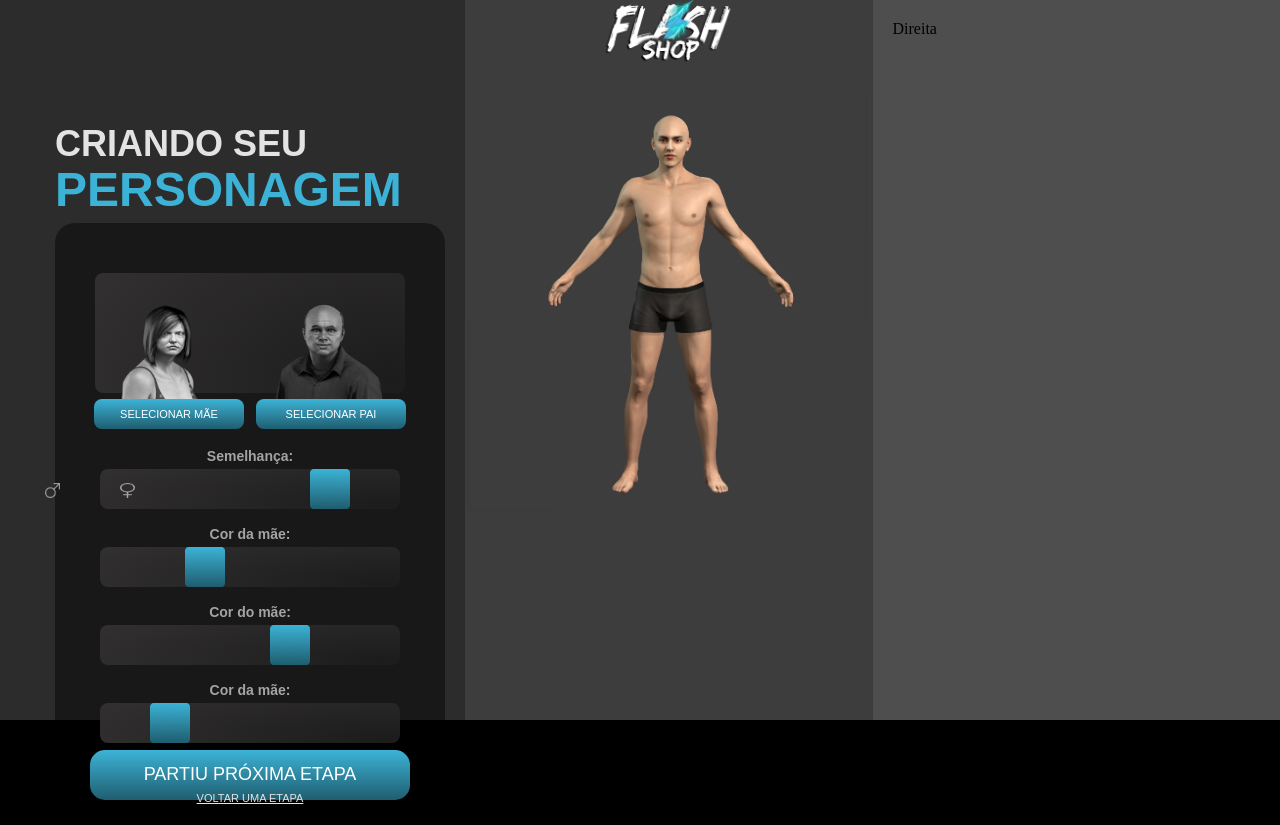
Repository: DuMCorrea/CriandoPerso
Page: index.html
These files come from the project's save history. The page is drawn as it stood at one moment and after the next save; the edit follows.
The browser window is 1280 px wide. The pictures show the whole page.

Above is the page before, as saved 2024-08-29 16:13:44.

### index.html
<!DOCTYPE html>
<html lang="en">
<head>
    <meta charset="UTF-8">
    <meta name="viewport" content="width=device-width, initial-scale=1.0">
    <title>Dividindo a Tela com Imagens</title>
    <link rel="stylesheet" href="styles.css">
</head>
<body>
    <div class="container">
        <div class="left">
            <h1 class="title">
                <span class="part1">CRIANDO SEU</span>
                <span class="part2">PERSONAGEM</span>
            </h1>
            <div class="vertical-rectangle">
                <div class="image-rectangle">
                    <img src="assets/mulher.png" alt="Imagem 1" class="rectangle-image">
                    <img src="assets/homem.png" alt="Imagem 2" class="rectangle-image">
                </div>
                <div class="button-group">
                    <button class="top-button">SELECIONAR MÃE</button>
                    <button class="top-button">SELECIONAR PAI</button>
                </div>
                <div class="rectangles-group">
                    <div class="image-container">
                        <img src="assets/Fem.png" alt="Imagem 1" class="small-image left-image">
                        <img src="assets/Masc.png" alt="Imagem 2" class="small-image right-image">
                    </div>
                    <div class="rectangle-title">Semelhança:</div>
                    <div class="gradient-rectangle">
                        <img src="assets/quadradoAzul.png" alt="Imagem 1" class="small-image1">
                    </div>

                    <div class="rectangle-title">Cor da mãe:</div>
                    <div class="gradient-rectangle">
                        <img src="assets/quadradoAzul.png" alt="Imagem 2" class="small-image2">
                    </div>

                    <div class="rectangle-title">Cor do mãe:</div>
                    <div class="gradient-rectangle">
                        <img src="assets/quadradoAzul.png" alt="Imagem 3" class="small-image3">
                    </div>

                    <div class="rectangle-title">Cor da mãe:</div>
                    <div class="gradient-rectangle">
                        <img src="assets/quadradoAzul.png" alt="Imagem 4" class="small-image4">
                    </div>
                </div>
                <button class="rectangle-button">PARTIU PRÓXIMA ETAPA</button>
                <button class="back-button">VOLTAR UMA ETAPA</button>
            </div>
        </div>
        <div class="center">
            <img src="assets/FlashStore 1 (1).png" alt="Imagem 1" class="top-image">
            <img src="assets/boneco 2.png" alt="Imagem 2" class="center-image">
        </div>
        <div class="right">Direita</div>
    </div>
</body>

</html>

### styles.css
body, html {
    margin: 0;
    padding: 0;
    height: 100%;
    display: flex;
    justify-content: center;
    align-items: center;
    background-color: #000; /* Fundo escuro */
}

.container {
    display: flex;
    width: 100%;
    height: 100%;
}

.container > div {
    flex: 1; /* Cada div ocupa 1/3 do espaço disponível */
    height: 100%;
    padding: 20px;
    box-sizing: border-box;
}



/* PARTE ESQUERDA */



.left {
    background-color: #2c2c2c;
    display: flex;
    flex-direction: column;
    justify-content: flex-start;
    align-items: flex-start;

}

.title {
    margin: 100px 0 0 0; /* Adiciona margem superior para mover o título para baixo */
    padding: 0;
}

.part1 {
    font-family: 'Baloo Bhai', sans-serif;
    font-size: 36px;
    font-weight: 700; /* Aumenta o peso da fonte para deixá-la mais grossa */
    line-height: 48px;
    text-align: left;
    color: #E3E3E3;
    display: block;
    margin-bottom: -10px; /* Reduz a distância entre as duas partes do título */
    margin-left: 35px;
}

.part2 {
    font-family: 'Baloo Bhai', sans-serif;
    font-size: 48px;
    font-weight: 700; /* Aumenta o peso da fonte para deixá-la mais grossa */
    line-height: 64px;
    text-align: left;
    color: #3CB3D6;
    display: block;
    margin-left: 35px;
}

.vertical-rectangle {
    width: 390px; /* Largura do retângulo */
    height: 660px; /* Altura do retângulo */
    background: #00000075; /* Cor de fundo com opacidade */
    border-radius: 20px; /* Bordas arredondadas */
    margin-left: 35px; /* Alinhamento com o título */
    margin-top: 1px; /* Espaço entre o título e o retângulo */
    display: flex;
    flex-direction: column;
    justify-content: space-between; /* Distribui o espaço */
    align-items: center; /* Centraliza os conteúdos */
}


.rectangle-button {
    width: 320px; /* Largura do botão */
    height: 50px; /* Altura do botão */
    background: linear-gradient(180deg, #3CB3D6 0%, #1F5E70 100%); /* Gradiente de cor */
    border-radius: 15px; /* Bordas arredondadas */
    border: none; /* Remove borda padrão do botão */
    color: white; /* Cor do texto */
    font-family: 'Baloo Bhai', sans-serif;
    font-size: 18px; /* Tamanho do texto */
    display: flex;
    justify-content: center; /* Centraliza horizontalmente */
    align-items: center; /* Centraliza verticalmente */
    margin-bottom: -15px; /* Ajusta o espaçamento superior */
    cursor: pointer;
}

.back-button {
    background: none; /* Remove o fundo */
    border: none; /* Remove a borda */
    color: #E3E3E3; /* Cor do texto */
    font-family: 'Baloo Bhai', sans-serif;
    font-size: 11px; /* Tamanho do texto */
    margin-bottom: 20px; /* Espaçamento superior ajustado */
    text-decoration: underline; /* Adiciona sublinhado */
    cursor: pointer; /* Muda o cursor ao passar por cima */
}


.button-group {
    display: flex;
    justify-content: space-between; /* Espaça os botões igualmente */
    width: 0%; /* Largura igual à do retângulo */
    padding: 10px 20px; /* Adiciona espaçamento ao redor dos botões */
}

.top-button {
    width: 50px; /* Largura dos botões */
    height: 40px; /* Altura dos botões */
    background: linear-gradient(180deg, #3CB3D6 0%, #1F5E70 100%); /* Gradiente de cor */
    border-radius: 15px; /* Bordas arredondadas */
    border: none; /* Remove borda padrão do botão */
    color: white; /* Cor do texto */
    font-family: 'Baloo Bhai', sans-serif;
    font-size: 16px; /* Tamanho do texto */
    display: flex;
    justify-content: center; /* Centraliza horizontalmente */
    align-items: center; /* Centraliza verticalmente */
    cursor: pointer;
}




.gradient-rectangle {
    width: 300px; /* Largura igual ao botão */
    height: 40px; /* Altura padrão para cada retângulo, ajuste conforme necessário */
    background: radial-gradient(547.21% 823.76% at 94.51% 88.04%, #1D1C1C 0%, #837E7E 100%);
    border-radius: 8px; /* Bordas arredondadas, igual ao botão */
    margin-bottom: 1px; /* Diminui a distância entre os retângulos */
    margin-top: 38px;
    margin-left: 0px;
}

.rectangle-title {
    width: 300px; /* Largura igual ao botão e retângulos */
    height: 30px; /* Altura do título */
    border-radius: 8px; /* Bordas arredondadas */
    display: flex;
    align-items: center; /* Centraliza verticalmente o texto */
    justify-content: center; /* Centraliza horizontalmente o texto */
    color: #A4A4A4; /* Cor do texto */
    font-weight: 700;
    font-family: 'Baloo Bhai', sans-serif;
    font-size: 14px; /* Tamanho do texto */
    margin-bottom: -40px; /* Espaçamento entre o título e o retângulo */
    margin-top: 10px;

}

.image-container {
    width: 50%;
    display: flex;
    justify-content: space-between; /* Coloca uma imagem em cada lado */
    position: absolute; /* As imagens ficam fora do fluxo normal */
    top: 38px; /* Ajusta a posição acima do retângulo */
    padding: 0 10px; /* Espaçamento lateral entre as bordas */
}

.small-image {
    width: 15px; /* Define o tamanho da imagem */
    height: 15px;
}

.left-image {
    position: relative;
    left: 10px;
    top: 445px;
}

.right-image {
    position: relative;
    right: 690px;
    top: 445px
}

.small-image1 {
    width: 40px;
    height: 40px;
    left: 210px;
    position: relative;
}
.small-image2 {
    width: 40px;
    height: 40px;
    left: 85px;
    position: relative;
}
.small-image3 {
    width: 40px;
    height: 40px;
    left: 170px;
    position: relative;
}
.small-image4 {
    width: 40px;
    height: 40px;
    left: 50px;
    position: relative;
}

.button-group {
    display: flex;
    justify-content: space-between; /* Espaça os botões igualmente */
    width: 80%; /* Largura do grupo de botões */
    height: 1%;
    top: 40px;
    position: relative;
}

.top-button {
    width: 150px; /* Largura dos botões */
    height: 30px; /* Altura dos botões */
    background: linear-gradient(180deg, #3CB3D6 0%, #1F5E70 100%); /* Gradiente de cor */
    border-radius: 8px; /* Bordas arredondadas */
    border: none; /* Remove borda padrão do botão */
    color: white; /* Cor do texto */
    font-family: 'Baloo Bhai', sans-serif;
    font-size: 11px; /* Tamanho do texto */
    cursor: pointer;
}

.rectangles-group {
    margin-top: 50px; /* Ajusta o espaçamento superior */
}

.image-rectangle {
    width: 290px; /* Largura do retângulo */
    height: 120px; /* Altura do retângulo */
    background: radial-gradient(547.21% 823.76% at 94.51% 88.04%, #1D1C1C 0%, #837E7E 100%); /* Gradiente de fundo */
    border-radius: 8px; /* Bordas arredondadas */
    display: flex;
    justify-content: space-between; /* Espaça as imagens igualmente */
    align-items: center; /* Centraliza verticalmente */
    padding: 0 10px; /* Espaçamento lateral interno */
    position: relative;
    top: 50px;
}

.rectangle-image {
    width: 110px; /* Largura das imagens */
    height: 110px; /* Altura das imagens */
    position: relative;
    right: 10px;
    top: 20px;
}

/* PARTE CENTRAL */



.center {
    background-color: #3d3d3d; /* Cor de fundo para a div central */
    display: flex;
    flex-direction: column;
    align-items: center;
    justify-content: space-between; /* Distribui o espaço entre as imagens */
}


.top-image {
    max-width: 40%;
    height: auto;
    margin-top: -60px;
}

.center-image {
    max-width: 200%;
    height: auto;
    margin-top: auto; /* Centraliza verticalmente */
    margin-bottom: 200px;
}


/* PARTE DIREITA */



.right {
    background-color: #4e4e4e; /* Cor de fundo para a div direita */
}

After the next save:
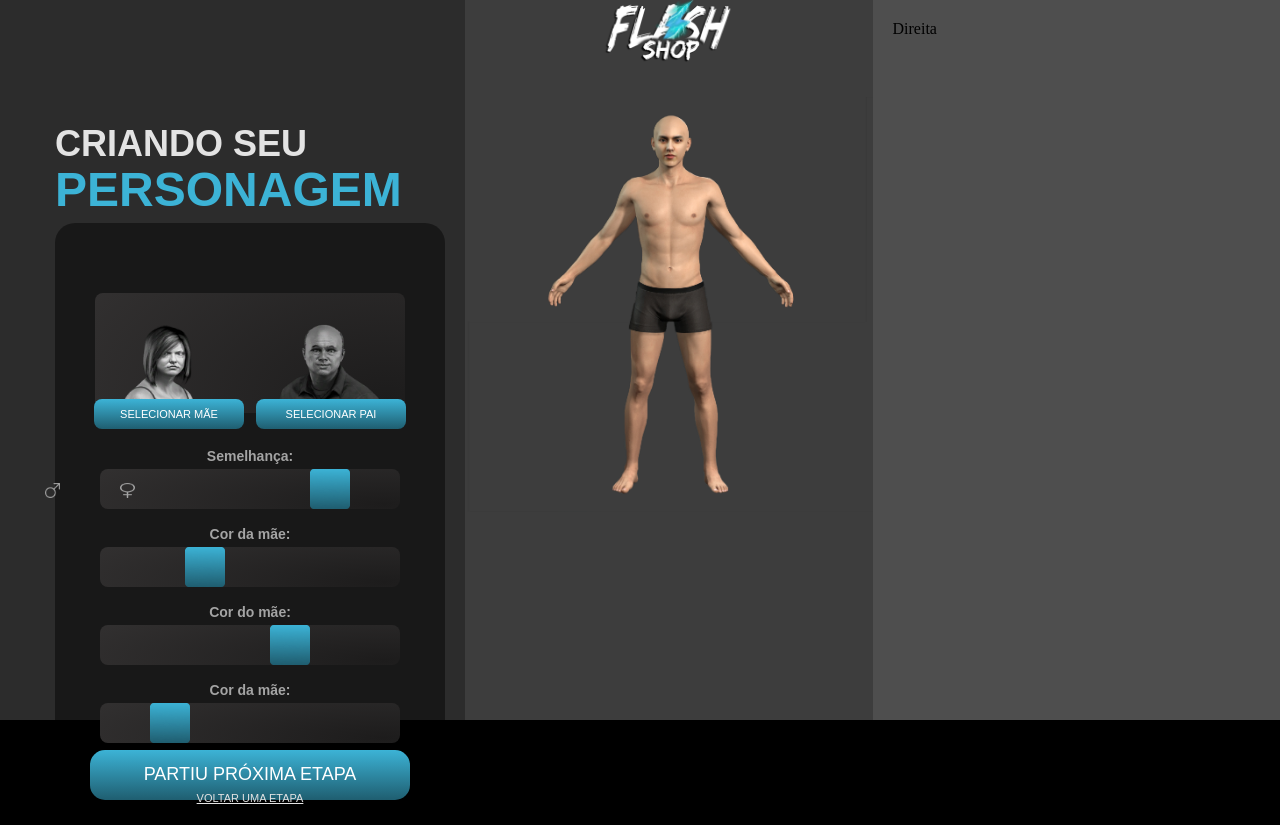
Saved 6 s later.
--- a/styles.css
+++ b/styles.css
@@ -243,7 +243,7 @@
     align-items: center; /* Centraliza verticalmente */
     padding: 0 10px; /* Espaçamento lateral interno */
     position: relative;
-    top: 50px;
+    top: 70px;
 }
 
 .rectangle-image {
